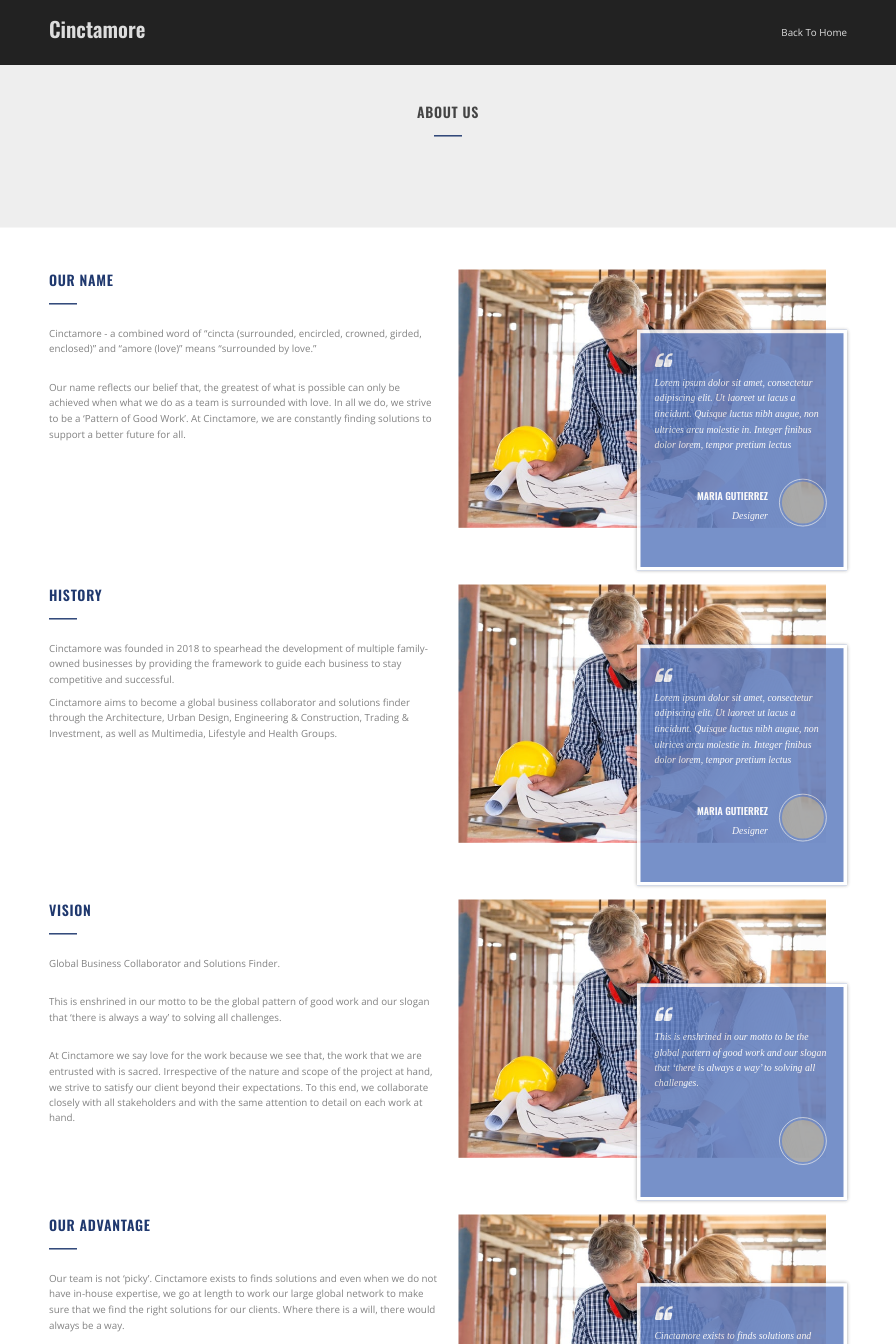
Repository: techieaccl/techieaccl.github.io
Page: about-us.html
These files come from the project's save history. The page is drawn as it stood at one moment and after the next save; the edit follows.
The browser window is 1280 px wide. The pictures show the part of the page from y = 0 to 1920 px (the page is 2671 px tall), at 70% of full size.
Pictures or frames that could not be fetched are drawn as grey boxes. Some web fonts or font styles are not loaded; a fallback is used.

Above is the page before, as saved 2021-09-08 20:03:43.

After the next save:
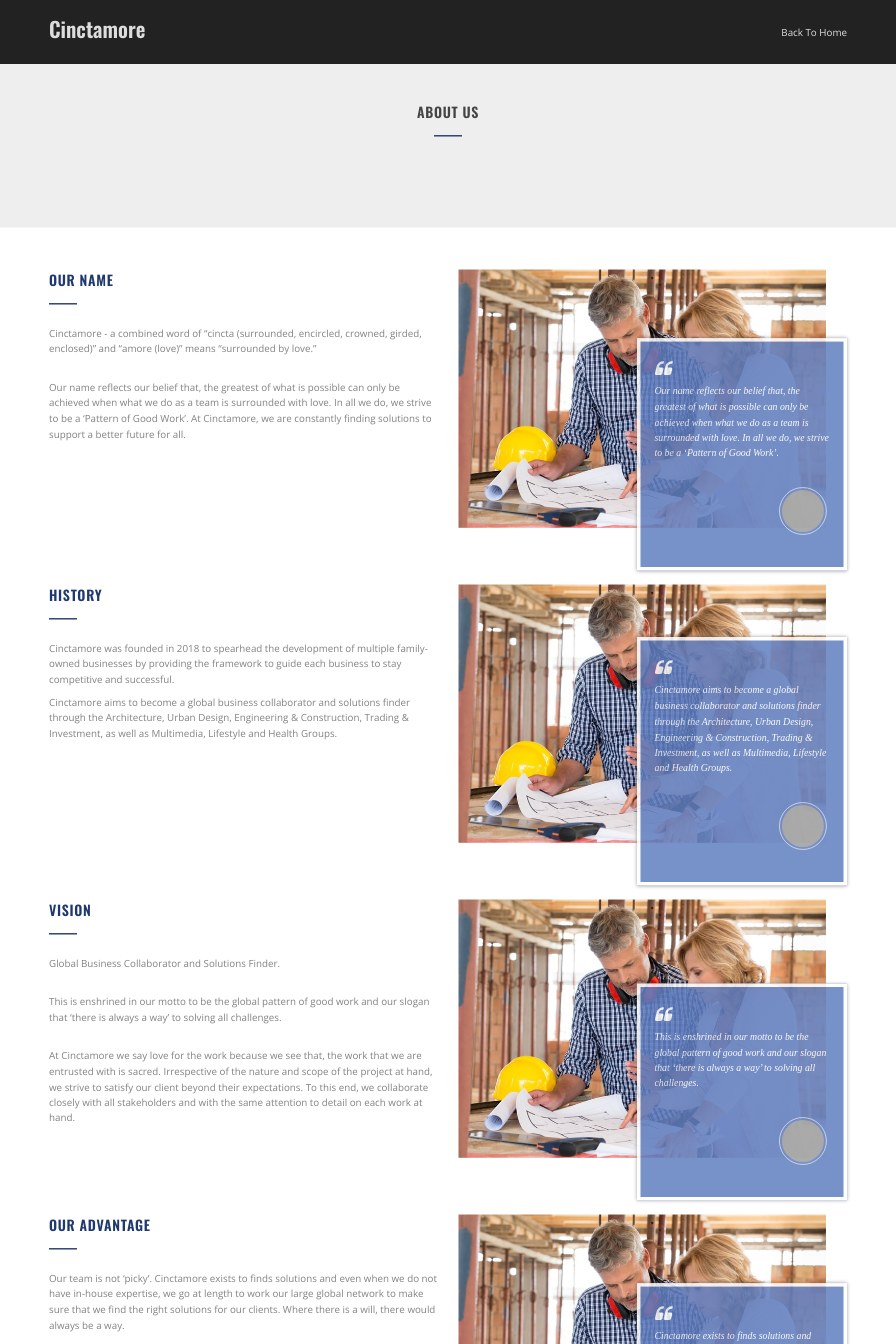
Saved 2 min 55 s later.
--- a/about-us.html
+++ b/about-us.html
@@ -89,15 +89,10 @@
 
 									<!-- quote-02 -->
 									<blockquote class="quote-02 about-quote">
-										<p class="quote-02__text">Lorem ipsum dolor sit amet, consectetur adipiscing elit. Ut laoreet ut lacus a tincidunt. Quisque luctus nibh augue, non ultrices arcu molestie in. Integer finibus dolor lorem, tempor pretium lectus</p>
-
+										<p class="quote-02__text">Our name reflects our belief that, the greatest of what is possible can only be achieved when what we do as a team is surrounded with love. In all we do, we strive to be a ‘Pattern of Good Work’.</p>
 										<!-- authorbox -->
 										<div class="authorbox">
 											<div class="authorbox__avartar" style="background-image: url(https://unsplash.it/800);"><img src="https://unsplash.it/800" alt=""/></div>
-											<div class="authorbox__info">
-												<h5 class="authorbox__name">Maria Gutierrez</h5>
-												<p class="authorbox__work">Designer</p>
-											</div>
 										</div><!-- End / authorbox -->
 
 									</blockquote><!-- End / quote-02 -->
@@ -128,15 +123,11 @@
 
 									<!-- quote-02 -->
 									<blockquote class="quote-02 about-quote">
-										<p class="quote-02__text">Lorem ipsum dolor sit amet, consectetur adipiscing elit. Ut laoreet ut lacus a tincidunt. Quisque luctus nibh augue, non ultrices arcu molestie in. Integer finibus dolor lorem, tempor pretium lectus</p>
-
+										<p class="quote-02__text">Cinctamore aims to become a global business collaborator and solutions finder through the Architecture,
+											Urban Design, Engineering & Construction, Trading & Investment, as well as Multimedia, Lifestyle and Health Groups.</p>
 										<!-- authorbox -->
 										<div class="authorbox">
 											<div class="authorbox__avartar" style="background-image: url(https://unsplash.it/800);"><img src="https://unsplash.it/800" alt=""/></div>
-											<div class="authorbox__info">
-												<h5 class="authorbox__name">Maria Gutierrez</h5>
-												<p class="authorbox__work">Designer</p>
-											</div>
 										</div><!-- End / authorbox -->
 
 									</blockquote><!-- End / quote-02 -->
